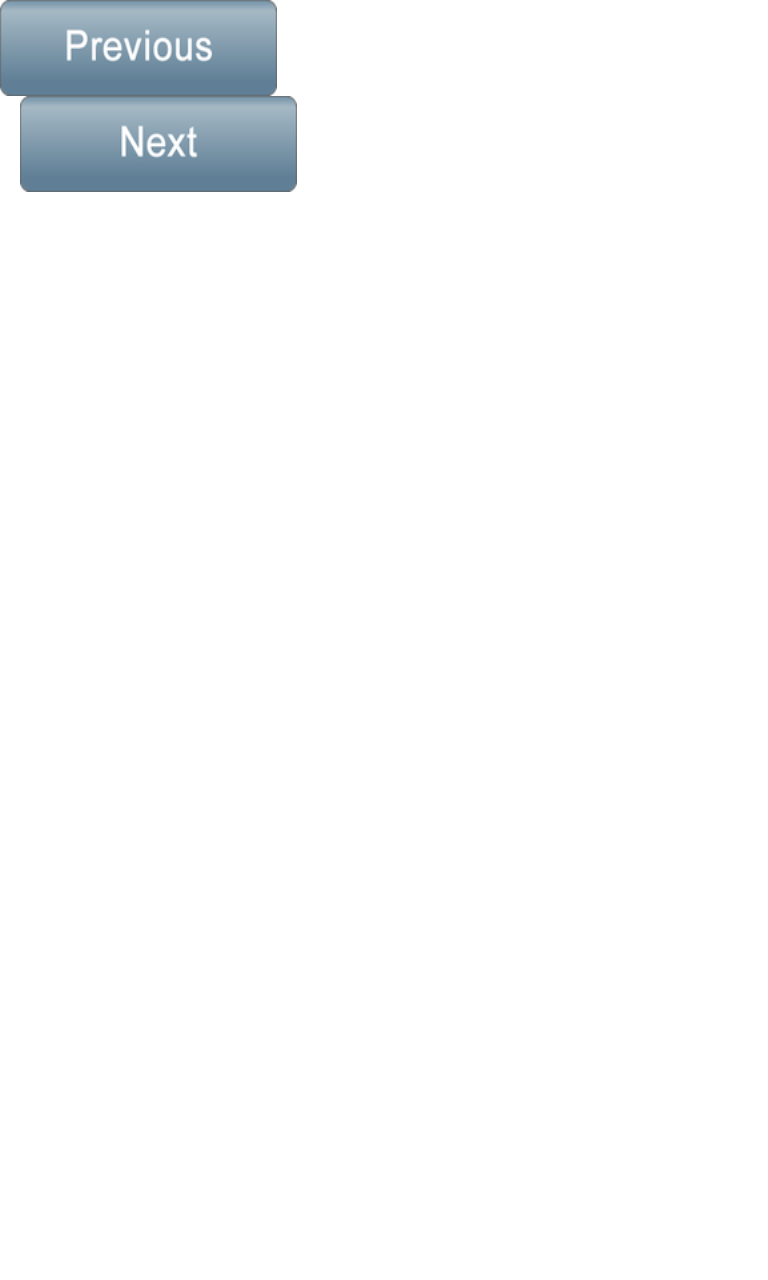
Repository: Pradeep-appstute/First
Layout: Control/res/layout/temp.xml
These files come from the project's save history. The layout is drawn as it stood at one moment and after the next save; the edit follows.
It is drawn on a 768 x 1280 px phone screen (xhdpi) without system bars, with theme AppTheme; the app's code is not run.

Above is the layout before, as saved 2014-03-14 07:59:22.

After the next save:
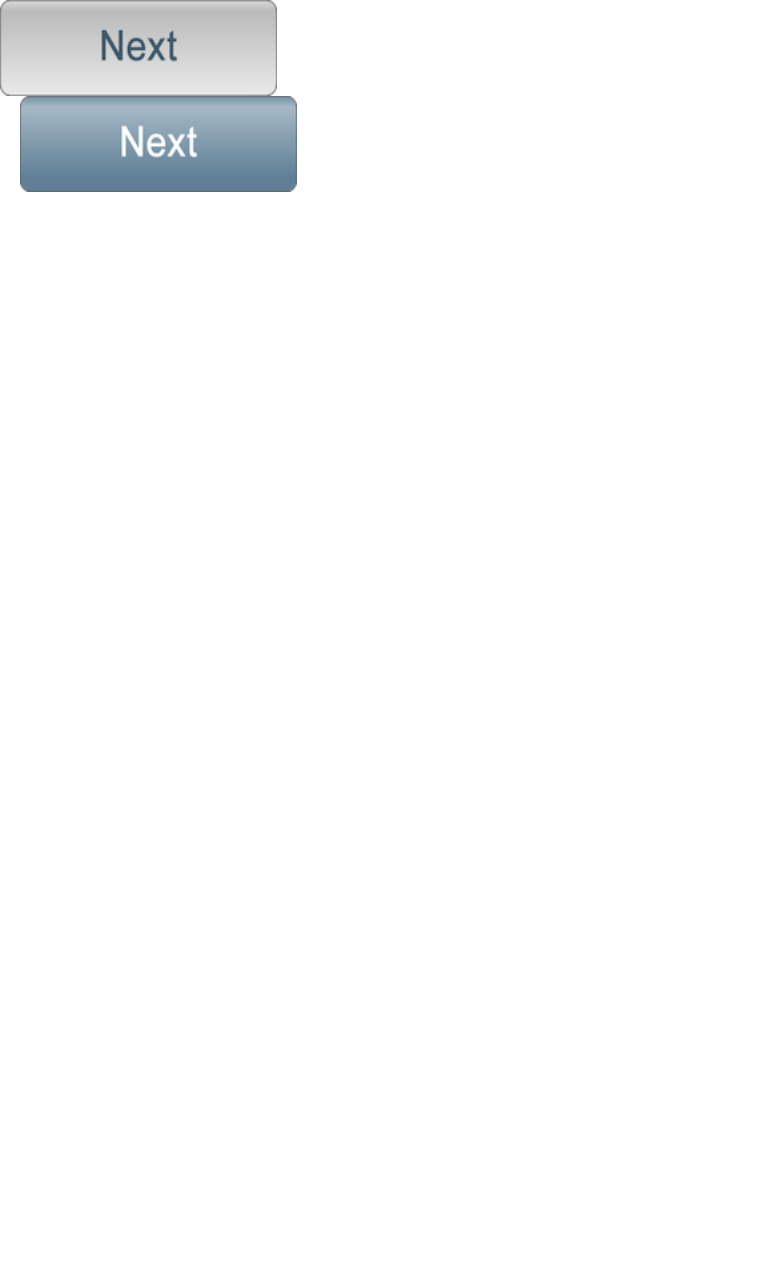
Saved 37 s later.
--- a/Control/res/layout/temp.xml
+++ b/Control/res/layout/temp.xml
@@ -8,7 +8,7 @@
             android:id="@+id/ticketdetails_prev"
             android:layout_width="wrap_content"
             android:layout_height="wrap_content"
-            android:background="@drawable/button_prevbtn"
+            android:background="@drawable/img_btnnextselected"
             android:layout_marginRight="10dp"
 
             />

After the save that followed:
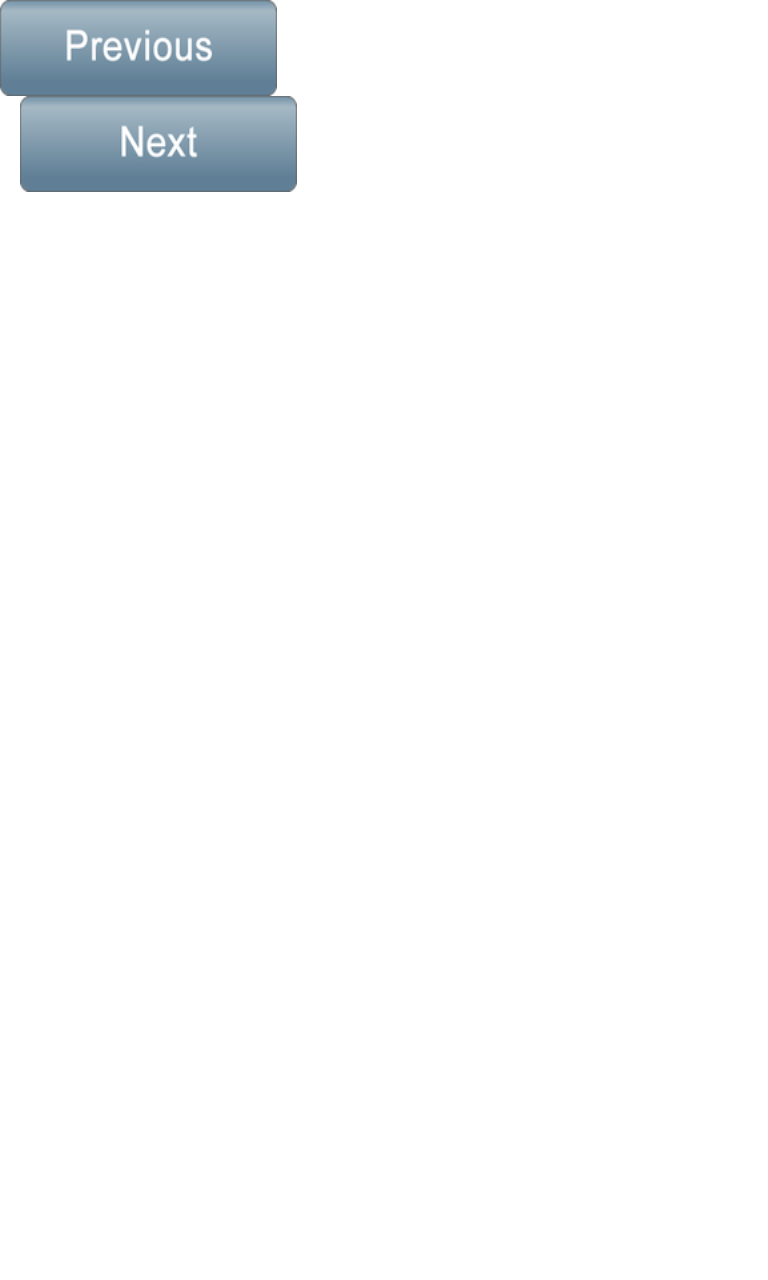
Saved 17 s later.
--- a/Control/res/layout/temp.xml
+++ b/Control/res/layout/temp.xml
@@ -8,7 +8,7 @@
             android:id="@+id/ticketdetails_prev"
             android:layout_width="wrap_content"
             android:layout_height="wrap_content"
-            android:background="@drawable/img_btnnextselected"
+            android:background="@drawable/img_btnprevselected"
             android:layout_marginRight="10dp"
 
             />
